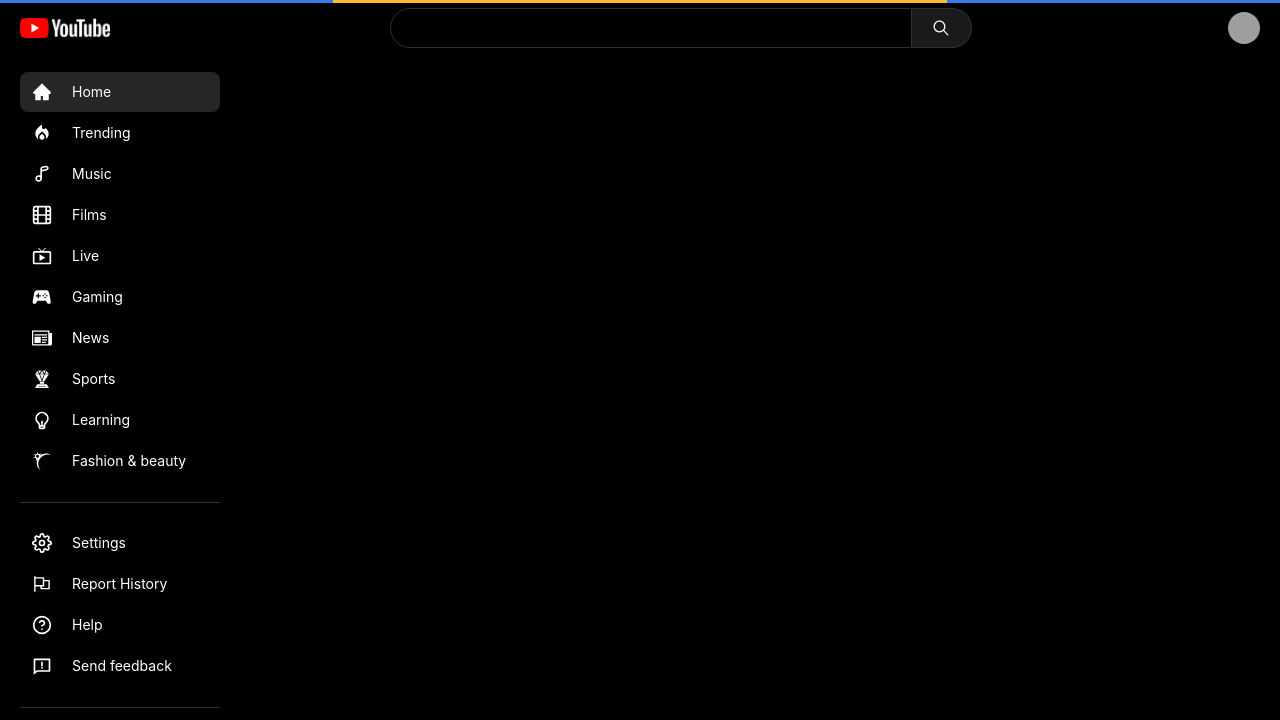
Repository: deepakbind/youtube_lite
Page: /
These files come from the project's save history. The page is drawn as it stood at one moment and after a run of saves; the edit follows.
The browser window is 1280 px wide. The pictures show the whole page.
Pictures or frames that could not be fetched are drawn as grey boxes. The page's requests for data from a server got no answer. The project was rebuilt for these pictures with package versions that can differ from the ones it lists, and the page was loaded fresh each time. No one was signed in, and anything a server would have sent is missing. Also part of the build but not shown: src/shared/videoLength.jsx, src/components/VideoCard.jsx, src/components/SearchResultVideoCard.jsx, src/components/SearchResult.jsx, src/components/SuggestionVideoCard.jsx, src/components/VideoDetails.jsx.

Above is the page before, as saved 2023-03-01 16:34:46.

### public/index.html
<!DOCTYPE html>
<html lang="en">
  <head>
    <meta charset="utf-8" />
    <link rel="icon" href="%PUBLIC_URL%/favicon.ico" />
    <meta name="viewport" content="width=device-width, initial-scale=1" />
    <meta name="theme-color" content="#000000" />
    <meta
      name="description"
      content="Web site created using create-react-app"
    />
    <link rel="apple-touch-icon" href="%PUBLIC_URL%/logo192.png" />

    <link rel="manifest" href="%PUBLIC_URL%/manifest.json" />

    <title>Youtube</title>
  </head>
  <body>
    <div id="root"></div>

  </body>
</html>

### src/index.js
import React from "react";
import  ReactDOM  from "react-dom/client";
import './index.css';
import App from './App';

const root = ReactDOM.createRoot(document.getElementById("root"));
root.render(<App/>);

### src/App.js
import React from 'react';
import { BrowserRouter, Routes, Route } from 'react-router-dom';

import Header from './components/Header';
import Feed from './components/Feed';
import SearchResult from './components/SearchResult';
import VideoDetails from './components/VideoDetails';
import { AppContext } from './context/contextApi';
const App = () => {
  return (
    <AppContext>
      <BrowserRouter>
        <div className='flex flex-col h-full'>
          <Header />
          <Routes>
            <Route path='/' exact element={<Feed />} />
            <Route path='/searchResult/:searchQuery' element={<SearchResult />} />
            <Route path='/video/:id' element={<VideoDetails />} />
          </Routes>
        </div>
      </BrowserRouter>
    </AppContext>
  );
};

export default App;

### src/components/Header.jsx
import React, { useContext, useState } from "react";
import { Link, useLocation, useNavigate } from "react-router-dom";

import ytLogo from "../images/yt-logo.png";
import ytLogoMobile from "../images/yt-logo-mobile.png";

import { SlMenu } from "react-icons/sl";
import { IoIosSearch } from "react-icons/io";
import { RiVideoAddLine } from "react-icons/ri";
import { FiBell } from "react-icons/fi";
import { CgClose } from "react-icons/cg";

import { Context } from "../context/contextApi";
import Loader from "../shared/loader";

const Header = () => {
    const [searchQuery, setSearchQuery] = useState("");

    const { loading, mobileMenu, setMobileMenu } = useContext(Context);

    const navigate = useNavigate();

    const searchQueryHandler = (event) => {
        if ((event?.key === "Enter" || event === "searchButton") && searchQuery?.length > 0) {
            navigate(`/searchResult/${searchQuery}`);
        }
    };

    const mobileMenuToggle = () => {
        setMobileMenu(!mobileMenu);
    };

    const { pathname } = useLocation();
    const pageName = pathname?.split("/")?.filter(Boolean)?.[0]

    return (
        <div className="sticky top-0 z-10 flex flex-row items-center justify-between h-14 px-4 md:px-5 dark:bg-white bg-black">
            {loading && <Loader />}

            <div className="flex h-5 items-center">
                {pageName !== "video" && (
                    <div
                        className="flex md:hidden md:mr-6 cursor-pointer items-center justify-center h-10 w-10 rounded-full hover:bg-[#303030]/[0.6]"
                        onClick={mobileMenuToggle}
                        >
                        {mobileMenu ? (
                            <CgClose className="text-white text-xl" />
                        ) : (
                            <SlMenu className="text-white text-xl" />
                        )}
                    </div>
                )}
                <Link to="/" className="flex h-5 items-center">
                    <img
                        className="h-full hidden md:block"
                        src={ytLogo}
                        alt="Youtube" />
                    <img
                        className="h-full md:hidden"
                        src={ytLogoMobile}
                        alt="Youtube" />
                </Link>
            </div>
            <div className="group flex items-center">
                <div className="flex h-8 md:h-10 md:ml-10 md:pl-5 border border-[#303030] rounded-l-3xl group-focus-within:border-blue-500 md:group-focus-within:ml-5 md:group-focus-within:pl-0">
                    <div className="w-10 items-center justify-center hidden group-focus-within:md:flex">
                        <IoIosSearch className="text-white text-xl" />
                    </div>
                    <input
                        type="text"
                        className="bg-transparent outline-none text-white pr-5 pl-5 md:pl-0 w-44 md:group-focus-within:pl-0 md:w-64 lg:w-[500px]"
                        onChange={(e) => setSearchQuery(e.target.value)}
                        onKeyUp={searchQueryHandler}
                        value={searchQuery}
                    />
                </div>
                <button className="w-[400px] md:w-[60px] h-8 md:h-10 flex items-center justify-center border border-l-0 border-[#303030] rounded-r-3xl bg-white/[0.1]">
                    <IoIosSearch className="text-white text-xl" />
                </button>
            </div>
            <div className="flex items-center">
                <div className=" hidden dark:md:flex">
                    <div className="flex items-center justify-center h-10 w-10 rounded-full hover:bg-[#303030]/[0.6]">
                        <RiVideoAddLine className="text-white text-xl cursor-pointer" />
                    </div>
                    <div className="flex items-center justify-center ml-2 h-10 w-10 rounded-full hover:bg-[#303030]/[0.6]">
                        <FiBell className="text-white text-xl cursor-pointer" />
                    </div>
                </div>
                <div className="flex h-8 w-8 overflow-hidden rounded-full md:ml-4">
                        <img src="https://xsgames.co/randomusers/assets/avatars/female/27.jpg" />
                    </div>
            </div>
        </div>
    );
};
export default Header;

### src/components/Feed.jsx
import React, { useContext, useEffect } from "react";

import { Context } from "../context/contextApi";
import LeftNav from "./LeftNav";
import VideoCard from "./VideoCard";

const Feed = () => {
  const { loading, searchResults } = useContext(Context);

  useEffect(()=> {
document.getElementById("root").classList.remove("custom-h");
  },[]);

  return (
    <div className="flex flex-row h-[calc(100%-56px)]">
      <LeftNav />
      <div className="grow w-[calc(100%-240px)] h-full overflow-y-auto bg-black">
        <div className="grid grid-cols-1 md:grid-cols-2 lg:grid-cols-3 xl:grid-cols-4 gap-4 p-5">
          {!loading &&
            searchResults &&
            searchResults?.map((item) => {
              if (item?.type !== "video") return false;
              return (
                <VideoCard
                  key={item?.video?.videoId}
                  video={item?.video}
                />
              );
            })}
        </div>
      </div>
    </div>
  );
};

export default Feed;

### src/context/contextApi.js
import React, { createContext, useState, useEffect } from "react";

import { fetchDataFromApi } from "../utils/api";
export const Context = createContext();

export const AppContext = (props) => {
    const [loading, setLoading] = useState(false);
    const [searchResults, setSearchResults] = useState([]);
    const [selectCategories, setSelectCategories] = useState("New");
    const [mobileMenu, setMobileMenu] = useState(false);

    useEffect(() => {
        fetchSelectedCategoryData(selectCategories);
    }, [selectCategories]);

    const fetchSelectedCategoryData = (query) => {
        setLoading(true);
        fetchDataFromApi(`search/?q=${query}`).then(({ contents }) => {
            console.log(contents);
            setSearchResults(contents);
            setLoading(false);
        });
    };

    return (
        <Context.Provider
            value={{
                loading,
                setLoading,
                searchResults,
                selectCategories,
                setSelectCategories,
                mobileMenu,
                setMobileMenu,
            }}
        >
            {props.children}
        </Context.Provider>
    );
};

### src/shared/loader.jsx
import React from 'react';

const Loader = () => {
  return (
    <div className='load-bar'>
    <div className='bar'></div>
    <div className='bar'></div>
    <div className='bar'></div>
    </div>
  );
};

export default Loader;

### src/components/LeftNav.jsx
import React, { useContext } from "react";
import { useNavigate } from "react-router-dom";

import LeftNavMenuItem from "./LeftNavMenuItem";
import { categories } from "../utils/constants";
import { Context } from "../context/contextApi";

const LeftNav = () => {
    const {selectCategories, setSelectCategories, mobileMenu} = useContext(Context);

    const navigate = useNavigate();
    const clickHandler = (name, type) =>{
switch (type) {
    case "category":
    return setSelectCategories(name);
    case "home":
        return setSelectCategories(name);
        case "menu":
            return false;
    default:
        break;
}
      };

    return (
        <div className={`md:black w-[240px] overflow-y-auto h-full py-4 bg-black absolute md:relative z-10 translate-x-[-240px] md:translate-x-0 transition-all ${mobileMenu ? "translate-x-0" : " "}`}>
            <div className="flex px-5 flex-col">
                {categories.map((item) => {
                    return (
                        <React.Fragment key={item.name}>
                            <LeftNavMenuItem
                                text={item.type === "home" ? "Home" :item.name}
                                icon={item.icon}
                                action={()=>{
                                    clickHandler(item.name, item.type);
                                    navigate("/");
                                }}
                                className={`${selectCategories === item.name ? "bg-white/[0.15]" :""}`}
                            />
                            {item.divider && (
                                <hr className="my-5 border-white/[0.2]"/>
                            )}
                        </React.Fragment>
                    );
                })}
                <hr className="my-5 border-white/[0.2]"/>
                <div className="text-white/[0.5] text-[12px]">
                clone by : DEEPAK KUMAR BIND
                </div>
            </div>
        </div>
    );
};

export default LeftNav

### src/utils/api.js
import axios from "axios";
const BASE_URL = 'https://youtube138.p.rapidapi.com'
const options = {
    params: {hl: 'en', gl: 'US'},
    headers: {
      // 'X-RapidAPI-Key': process.env.REACT_APP_YOUTUBE_API_KEY,
      'X-RapidAPI-Key': '63fbd6d704mshaceeb7f09200ab1p10dd8fjsnc5c94eaca95f',
    'X-RapidAPI-Host': 'youtube138.p.rapidapi.com'
    }
  };

 export const fetchDataFromApi = async(url) => {
    const {data} = await axios.get(`${BASE_URL}/${url}`, options);
    return data;
  }

### src/components/LeftNavMenuItem.jsx
import React from 'react'

const LeftNavMenuItem = ({ text, icon, className, action }) => {
  return <div className={"text-white text-sm cursor-pointer h-10 flex items-center px-3 mb-[1px] rounded-lg hover:bg-white/[0.15] " + className}
  onClick={action}
  >
    <span className='text-xl mr-5'>{icon}</span>
    {text}
  </div>

}

export default LeftNavMenuItem

### src/utils/constants.js
import React from "react";

import { AiFillHome, AiOutlineFlag } from "react-icons/ai";
import { MdLocalFireDepartment, MdLiveTv } from "react-icons/md";
import { CgMusicNote } from "react-icons/cg";
import { FiFilm } from "react-icons/fi";
import { IoGameControllerSharp } from "react-icons/io5";
import { ImNewspaper } from "react-icons/im";
import { GiDiamondTrophy, GiEclipse } from "react-icons/gi";
import { RiLightbulbLine, RiFeedbackLine } from "react-icons/ri";
import { FiSettings, FiHelpCircle } from "react-icons/fi";

export const categories = [
    { name: "New", icon: <AiFillHome />, type: "home" },
    { name: "Trending", icon: <MdLocalFireDepartment />, type: "category" },
    { name: "Music", icon: <CgMusicNote />, type: "category" },
    { name: "Films", icon: <FiFilm />, type: "category" },
    { name: "Live", icon: <MdLiveTv />, type: "category" },
    { name: "Gaming", icon: <IoGameControllerSharp />, type: "category" },
    { name: "News", icon: <ImNewspaper />, type: "category" },
    { name: "Sports", icon: <GiDiamondTrophy />, type: "category" },
    { name: "Learning", icon: <RiLightbulbLine />, type: "category" },
    {
        name: "Fashion & beauty",
        icon: <GiEclipse />,
        type: "category",
        divider: true,
    },
    { name: "Settings", icon: <FiSettings />, type: "menu" },
    { name: "Report History", icon: <AiOutlineFlag />, type: "menu" },
    { name: "Help", icon: <FiHelpCircle />, type: "menu" },
    { name: "Send feedback", icon: <RiFeedbackLine />, type: "menu" },
];

### tailwind.config.js
/** @type {import('tailwindcss').Config} */
module.exports = {
  content: ["./src/**/*.{js,jsx,ts,tsx}"],
  theme: {
    extend: {},
  },
  plugins: [require('@tailwindcss/line-clamp')],
};

Loaded but not shown: src/index.css (common file)

After the next 4 saves:
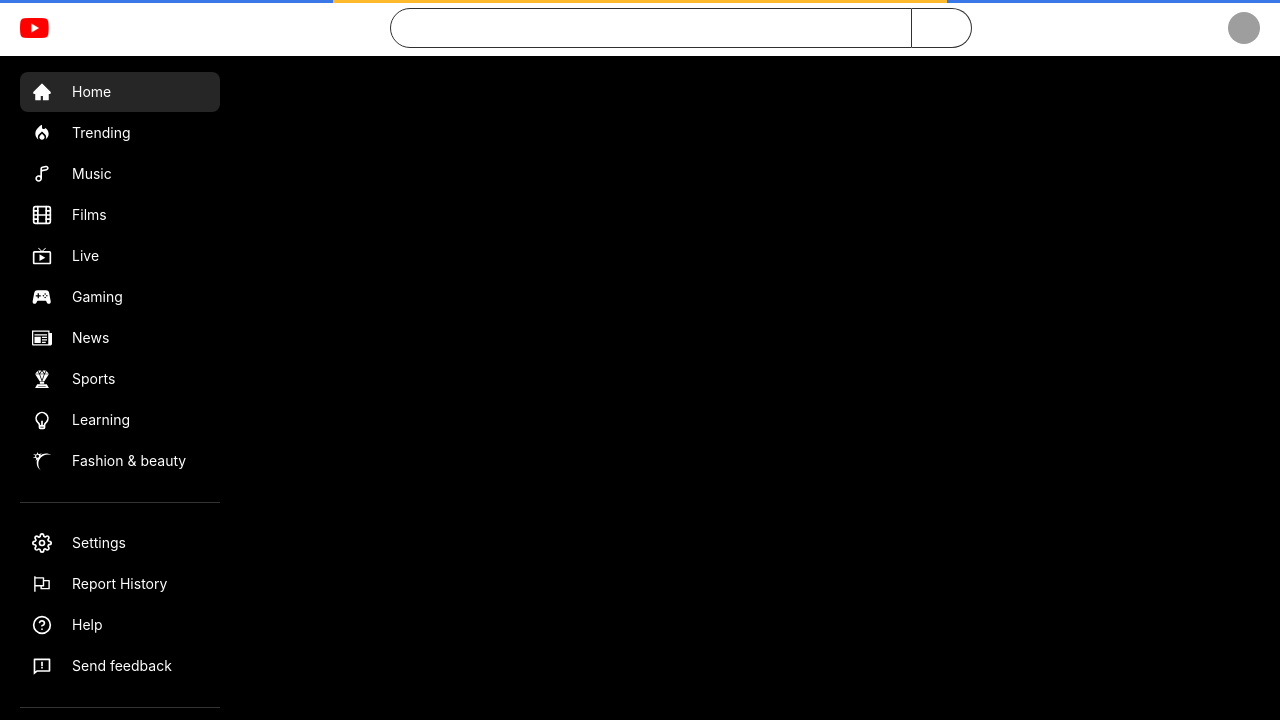
The 4 saves are shown as one change because they came seconds apart.
The last was saved 4 h 20 min later.
--- a/src/components/Header.jsx
+++ b/src/components/Header.jsx
@@ -34,7 +34,7 @@
     const pageName = pathname?.split("/")?.filter(Boolean)?.[0]
 
     return (
-        <div className="sticky top-0 z-10 flex flex-row items-center justify-between h-14 px-4 md:px-5 dark:bg-white bg-black">
+        <div className="sticky top-0 z-10 flex flex-row items-center justify-between h-14 px-4 md:px-5 bg-white dark:bg-black">
             {loading && <Loader />}
 
             <div className="flex h-5 items-center">
